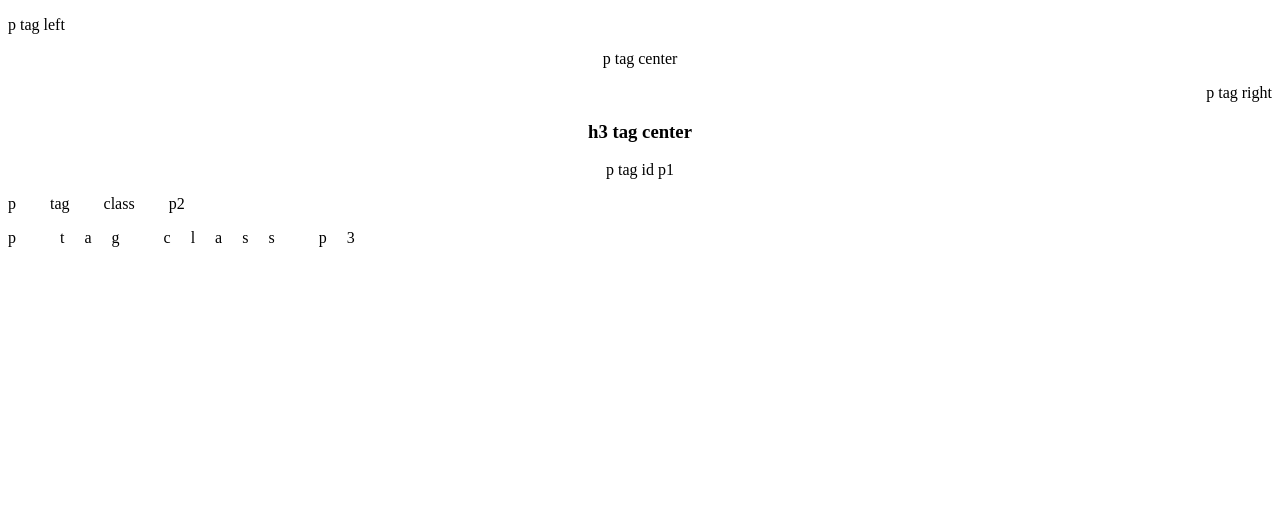
Repository: Seokho96/CSSPractice
Page: css/sample01/WebContent/index2.html
An editor plug-in stored every save of this project. The page is shown before and after the next save, followed by the edit.
The browser window is 1280 px wide. The pictures show the whole page.

Above is the page before, as saved 2020-07-13 01:42:02.

After the next save:
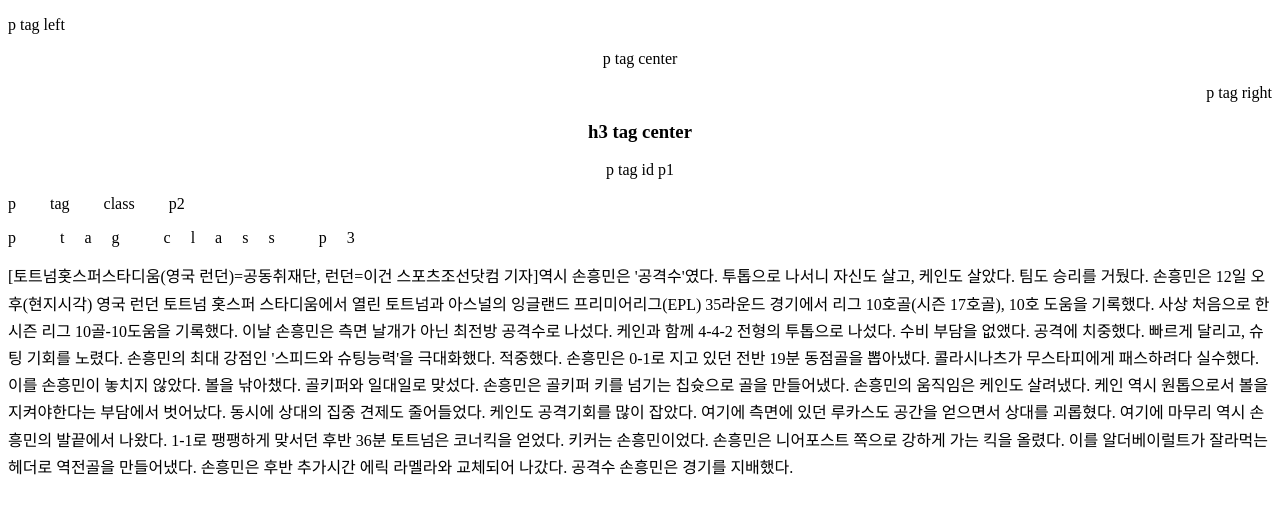
Saved 73 s later.
--- a/css/sample01/WebContent/index2.html
+++ b/css/sample01/WebContent/index2.html
@@ -14,6 +14,9 @@
 }
 .p3{  /* 글자 하나하나 사이의 공간을 20px씩 줘라 */
     letter-spacing: 20px;
+}
+.p4{
+  line-height: 1.7em;
 }
 </style>
 </head>
@@ -32,5 +35,14 @@
 
 <p class="p3">p tag class p3</p>
 
+<p class="p4">
+[토트넘홋스퍼스타디움(영국 런던)=공동취재단, 런던=이건 스포츠조선닷컴 기자]역시 손흥민은 '공격수'였다. 투톱으로 나서니 자신도 살고, 케인도 살았다. 팀도 승리를 거뒀다.
+손흥민은 12일 오후(현지시각) 영국 런던 토트넘 홋스퍼 스타디움에서 열린 토트넘과 아스널의 잉글랜드 프리미어리그(EPL) 35라운드 경기에서 리그 10호골(시즌 17호골), 10호 도움을 기록했다. 사상 처음으로 한 시즌 리그 10골-10도움을 기록했다.
+이날 손흥민은 측면 날개가 아닌 최전방 공격수로 나섰다. 케인과 함께 4-4-2 전형의 투톱으로 나섰다. 수비 부담을 없앴다. 공격에 치중했다. 빠르게 달리고, 슈팅 기회를 노렸다. 손흥민의 최대 강점인 '스피드와 슈팅능력'을 극대화했다.
+적중했다. 손흥민은 0-1로 지고 있던 전반 19분 동점골을 뽑아냈다. 콜라시나츠가 무스타피에게 패스하려다 실수했다. 이를 손흥민이 놓치지 않았다. 볼을 낚아챘다. 골키퍼와 일대일로 맞섰다. 손흥민은 골키퍼 키를 넘기는 칩슛으로 골을 만들어냈다.
+손흥민의 움직임은 케인도 살려냈다. 케인 역시 원톱으로서 볼을 지켜야한다는 부담에서 벗어났다. 동시에 상대의 집중 견제도 줄어들었다. 케인도 공격기회를 많이 잡았다. 여기에 측면에 있던 루카스도 공간을 얻으면서 상대를 괴롭혔다.
+여기에 마무리 역시 손흥민의 발끝에서 나왔다. 1-1로 팽팽하게 맞서던 후반 36분 토트넘은 코너킥을 얻었다. 키커는 손흥민이었다. 손흥민은 니어포스트 쪽으로 강하게 가는 킥을 올렸다. 이를 알더베이럴트가 잘라먹는 헤더로 역전골을 만들어냈다.
+손흥민은 후반 추가시간 에릭 라멜라와 교체되어 나갔다. 공격수 손흥민은 경기를 지배했다.
+</p>
 </body>
 </html>
